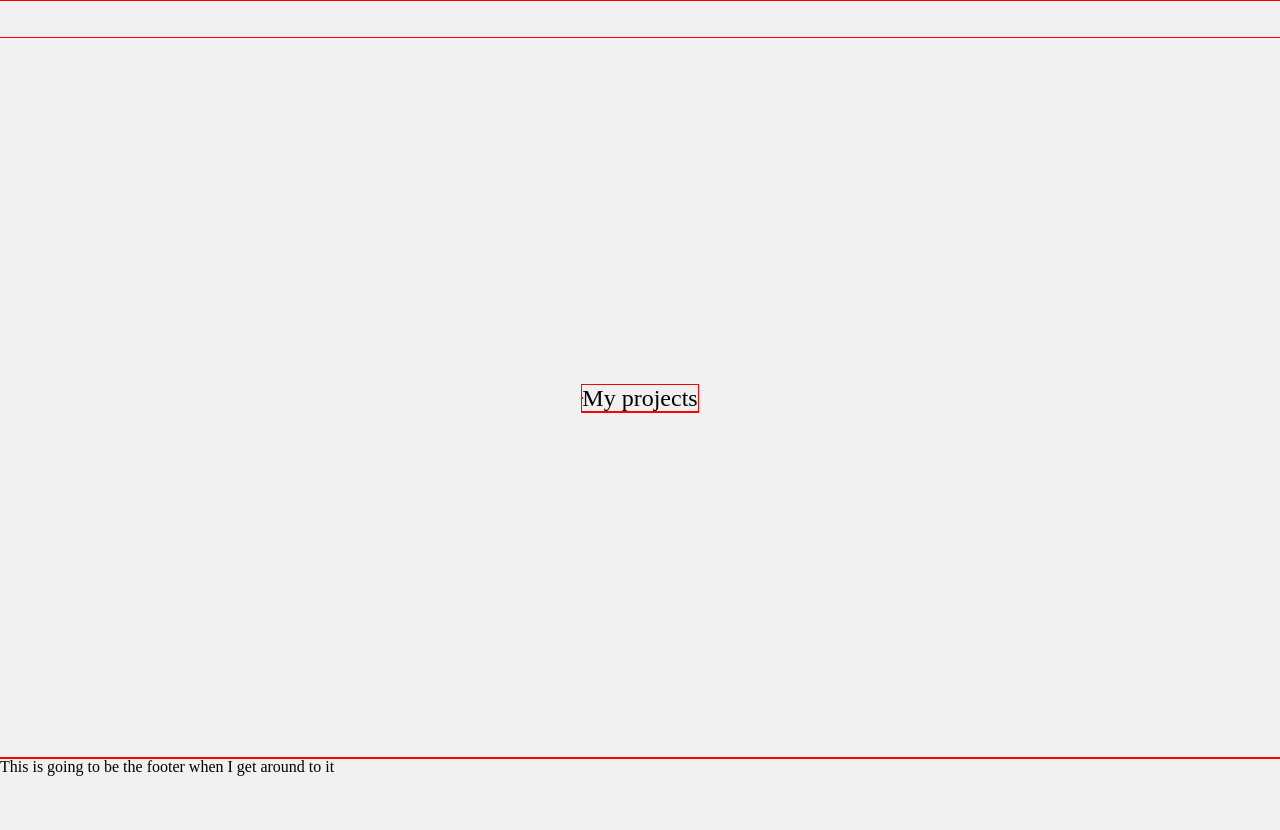
Repository: lynn-the-owl/lynnhtet
Page: index.html
The author's editor kept a copy of each file at every save. The page is drawn from the files as they stood at one save, then again after the next save.
The browser window is 1280 px wide. The pictures show the whole page.
Some web fonts or font styles are not loaded; a fallback is used. Some web libraries are served in a nearby version.

Above is the page before, as saved 2023-10-10 00:21:41.

After the next save:
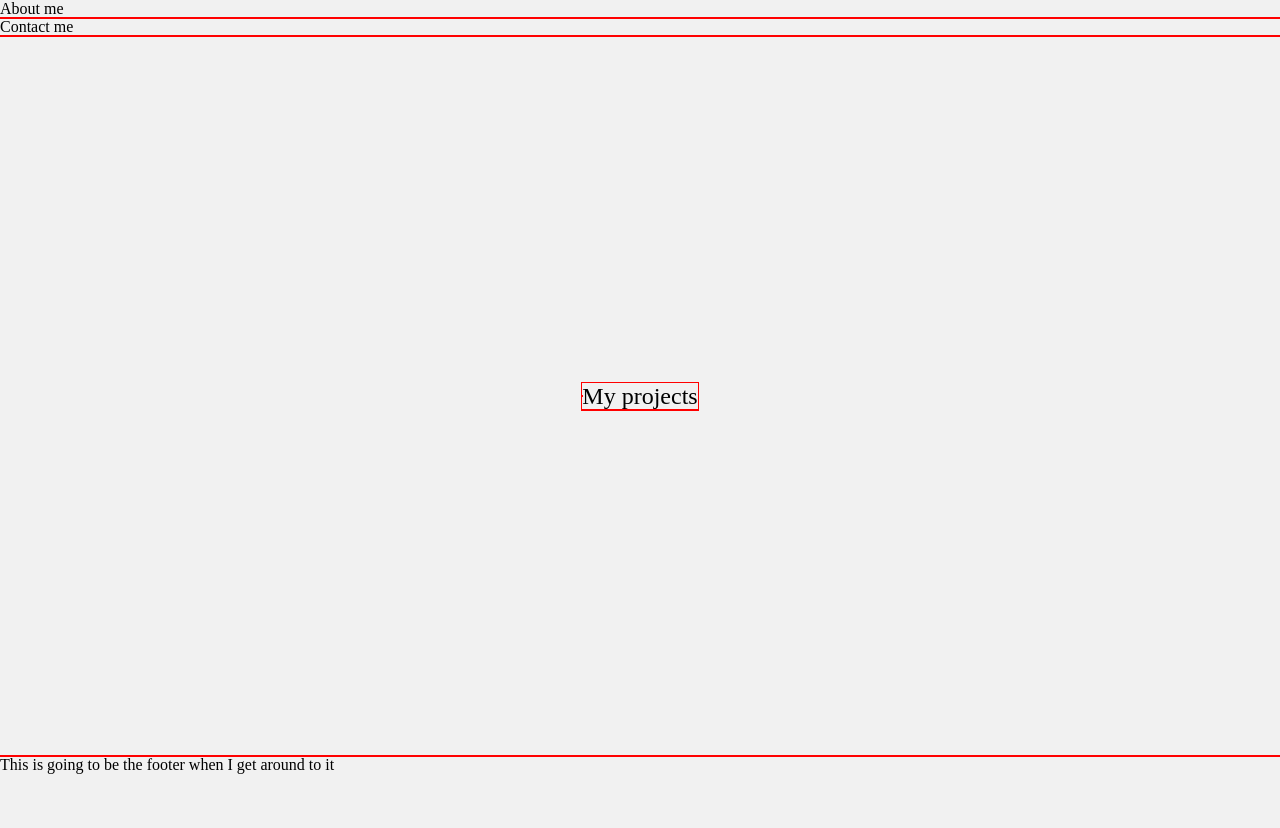
Saved 11 s later.
--- a/style.css
+++ b/style.css
@@ -26,13 +26,7 @@ p {
 
 
 .header {
-    transform: translateY(-100%);
-    height: auto;
-    display: flex;
-    opacity: 1;
-    padding: 10px;
-    z-index: 3000;
-    background-color: pink;
+
 }
 .me {
     opacity: 1;
